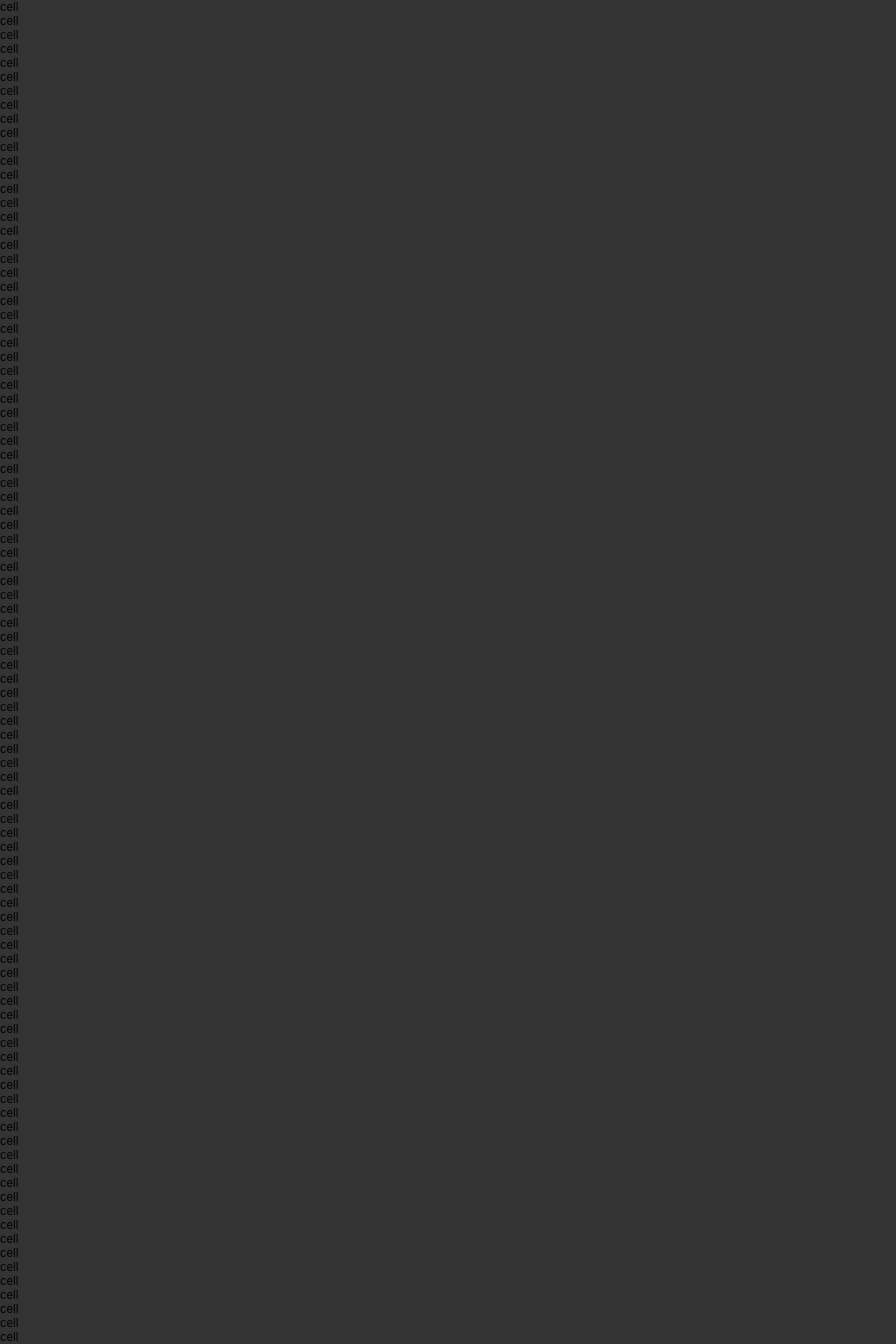
Repository: dpeshevski/reack-hooks-tetris
Page: /
The author's editor kept a copy of each file at every save. The page is drawn from the files as they stood at one save, then again after the next save.
The browser window is 1280 px wide. The pictures show the part of the page from y = 0 to 1920 px (the page is 4880 px tall before and 720 px after), at 70% of full size.
The project was rebuilt for these pictures with package versions that can differ from the ones it lists, and the page was loaded fresh each time.

Above is the page before, as saved 2020-11-21 22:25:05.

After the next save:
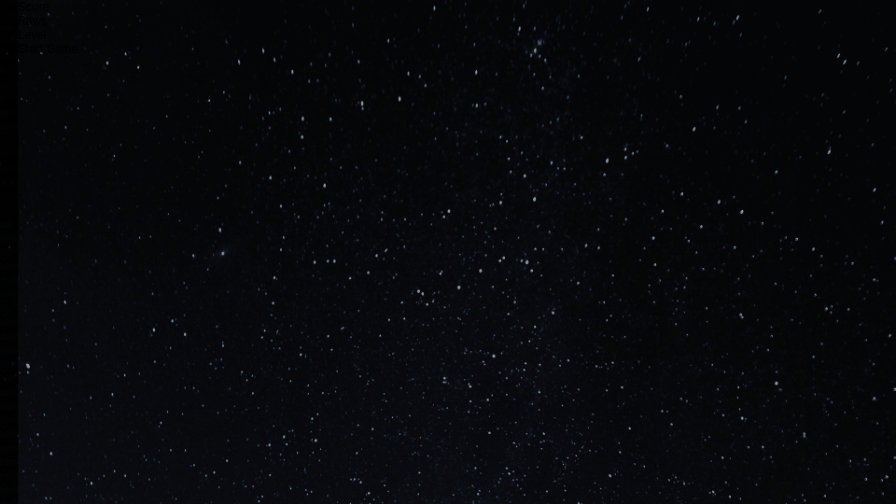
Saved 41 s later.
--- a/src/components/Tetris.js
+++ b/src/components/Tetris.js
@@ -1,7 +1,7 @@
 import React from 'react';
 
 import { createStage } from '../gameHelpers';
-
+import { StyledTetrisWrapper, StyledTetris } from './styles/StyledTetris';
 // Components
 import Stage from './Stage';
 import Display from './Display';
@@ -9,17 +9,19 @@ import StartButton from './StartButton';
 
 const Tetris = () => {
   return (
-    <div>
-      <Stage stage={createStage()} />
-      <aside>
-        <div>
-          <Display text="Score" />
-          <Display text="Rows" />
-          <Display text="Level" />
-        </div>
-        <StartButton />
-      </aside>
-    </div>
+    <StyledTetrisWrapper>
+      <StyledTetris>
+        <Stage stage={createStage()} />
+        <aside>
+          <div>
+            <Display text="Score" />
+            <Display text="Rows" />
+            <Display text="Level" />
+          </div>
+          <StartButton />
+        </aside>
+      </StyledTetris>
+    </StyledTetrisWrapper>
   )
 };
 
